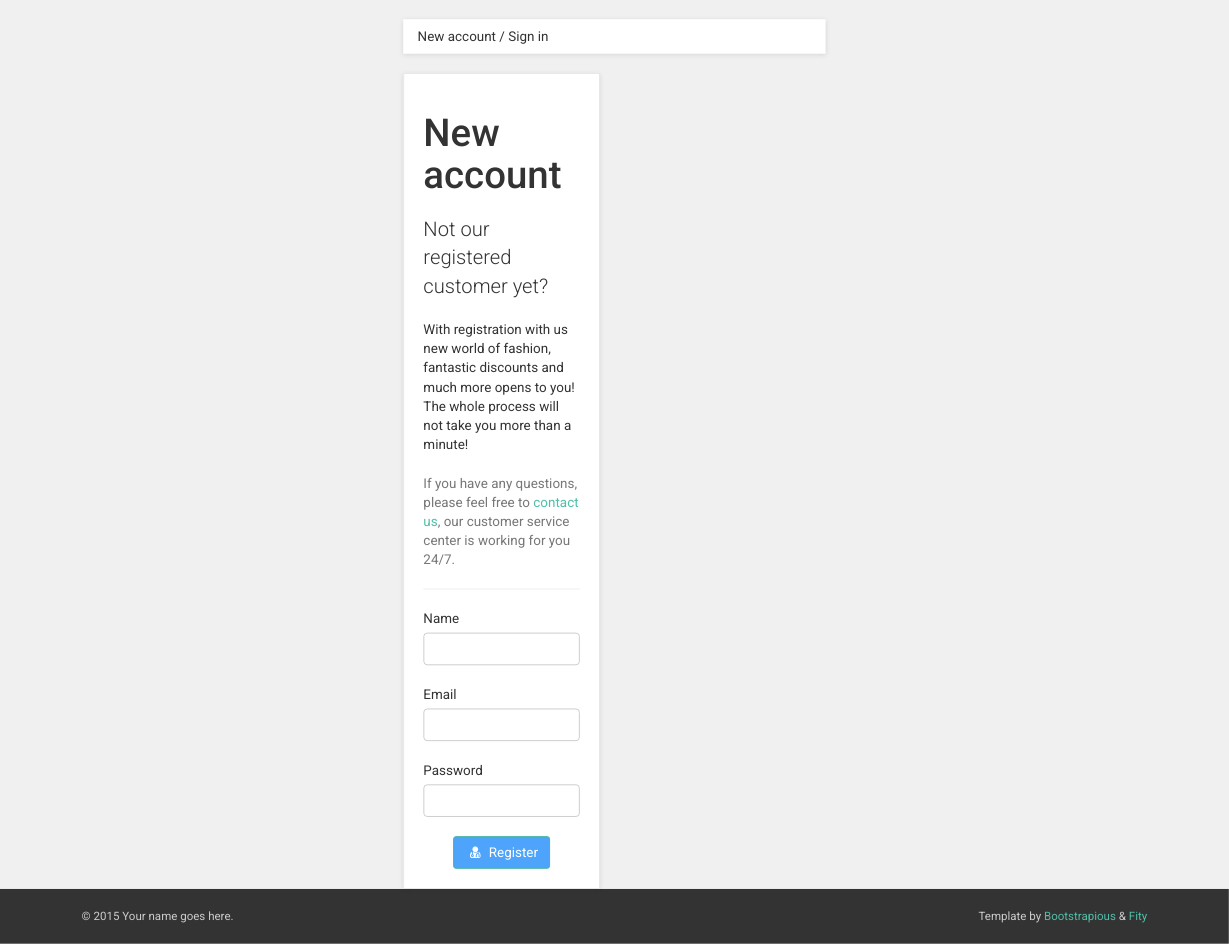
Repository: Sagnikb9/JavaDevops-Ecommerce
Page: http://localhost/MedioxyPharm/register
An editor plug-in stored every save of this project. The page is shown before and after the next save, followed by the edit.
The browser window is 1280 px wide. The pictures show the whole page, at 96% of full size.
The page is served by Tomcat 9.

Above is the page before, as saved 2017-10-01 23:20:43.

After the next save:
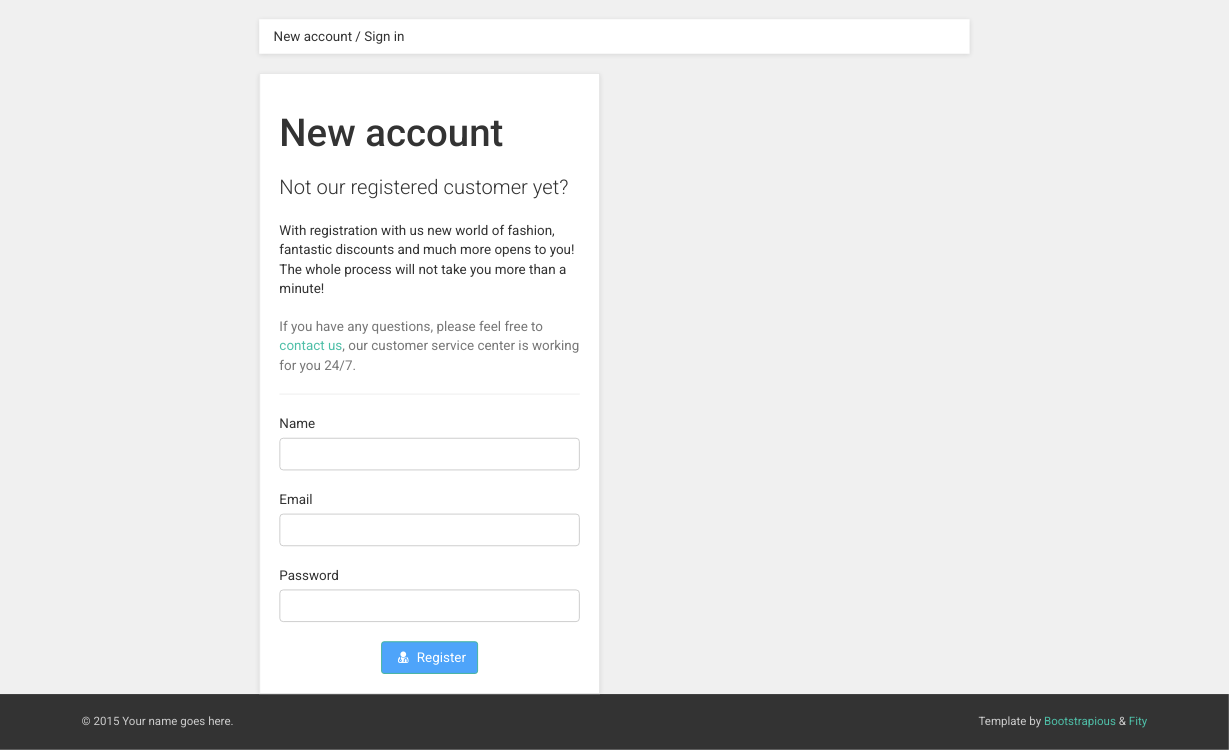
Saved 33 s later.
--- a/MedioxyPharm/src/main/webapp/WEB-INF/views/register.jsp
+++ b/MedioxyPharm/src/main/webapp/WEB-INF/views/register.jsp
@@ -55,7 +55,7 @@
     <div id="all">
 
         <div id="content">
-            <div class="container" style="width:500px; margin: 0 auto">
+            <div class="container" style="width:800px; margin: 0 auto">
 
                 <div class="col-md-12">
 
